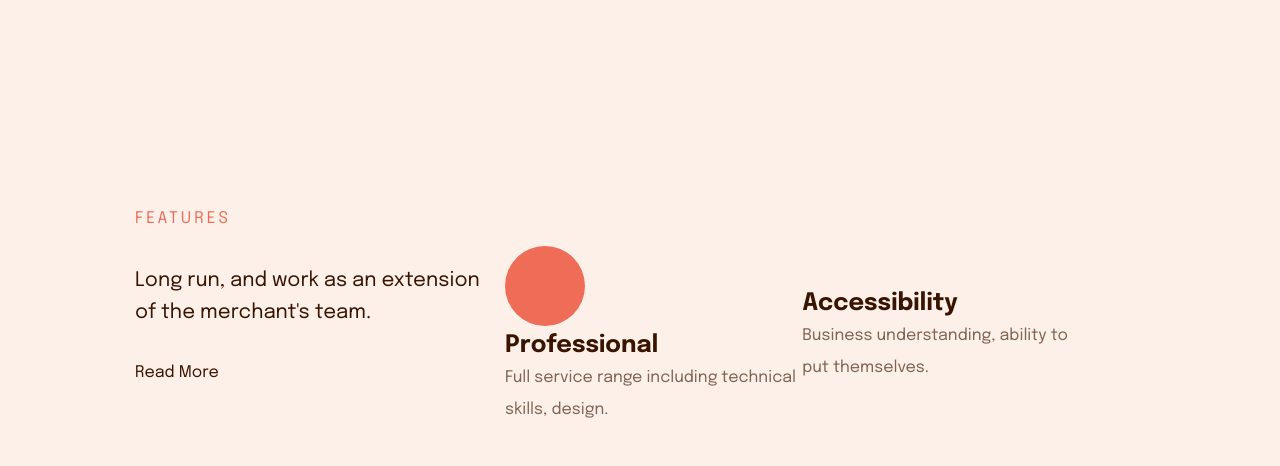
Repository: kubrazamanova/Project-7
Page: index.html
An editor plug-in stored every save of this project. The page is shown before and after the next save, followed by the edit.
The browser window is 1280 px wide. The pictures show the whole page.

Above is the page before, as saved 2023-09-23 10:35:37.

After the next save:
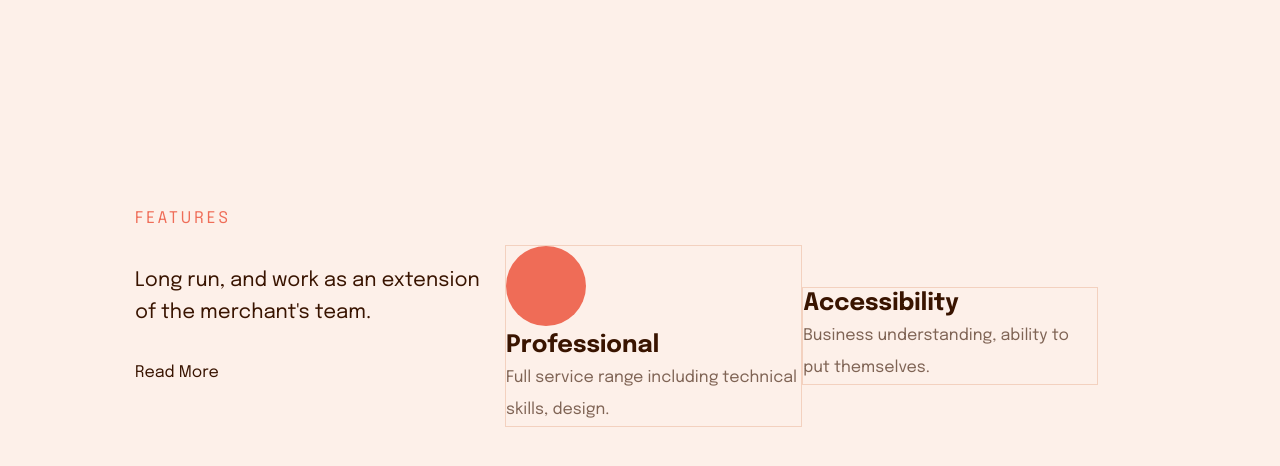
Saved 5 s later.
--- a/index.css
+++ b/index.css
@@ -56,6 +56,7 @@ ul {
 
 ul li {
   list-style-type: none;
+  border: 1px solid #f3d1bf;
 }
 .container li h2 {
   color: var(--Text_Dark, #391400);
